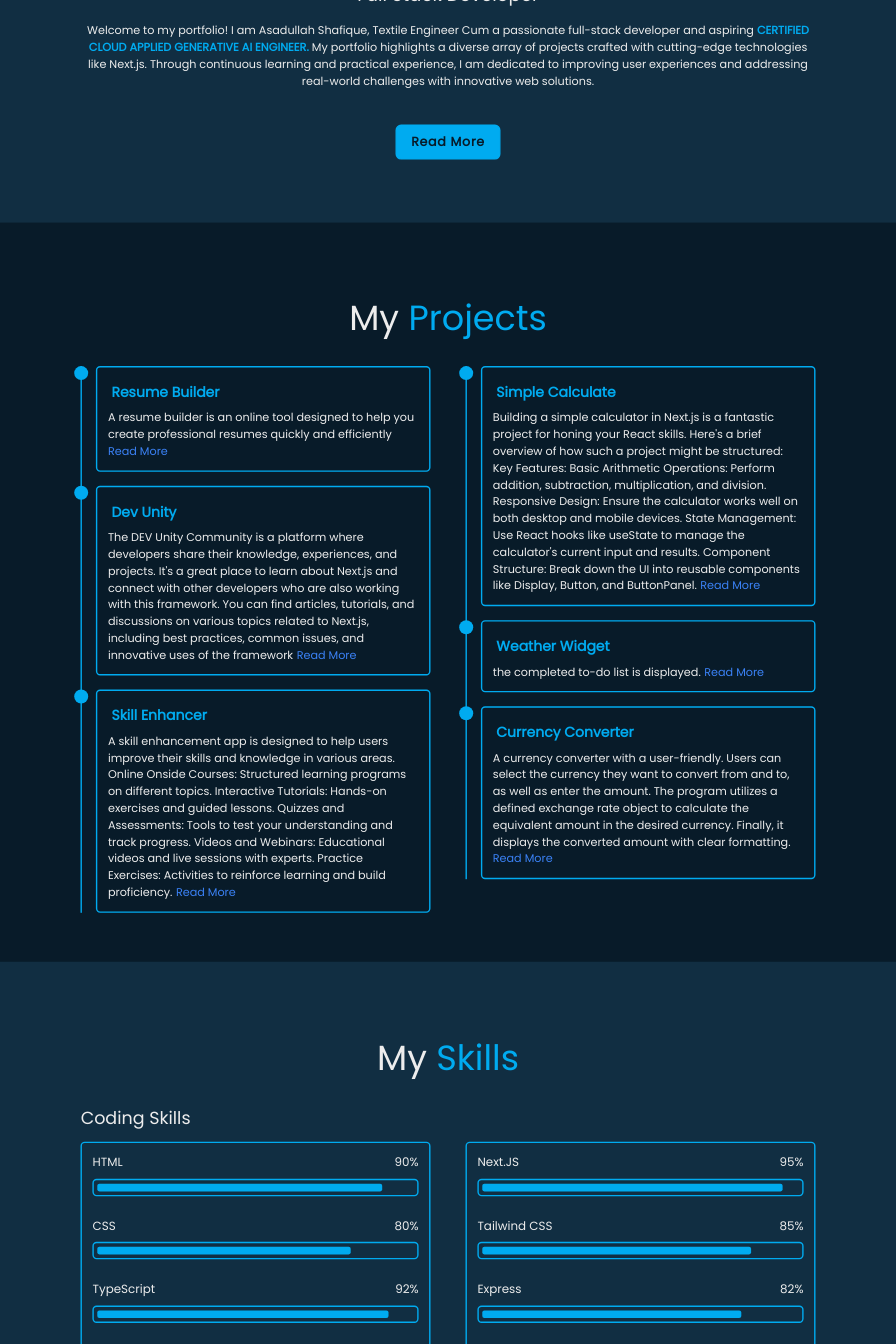
Repository: asadullah48/nextjs_projects_portfolio
Page: /
An editor plug-in stored every save of this project. The page is shown before and after the next save, followed by the edit.
The browser window is 1280 px wide. The pictures show the part of the page from y = 1340 to 3260 px (the page is 4306 px tall), at 70% of full size.
The project was rebuilt for these pictures with package versions that can differ from the ones it lists, and the page was loaded fresh each time. The framework's server and built-in components were replaced by stand-ins that run in the browser. Also part of the build but not shown: next.config.ts.

Above is the page before, as saved 2024-11-13 15:01:19.

After the next save:
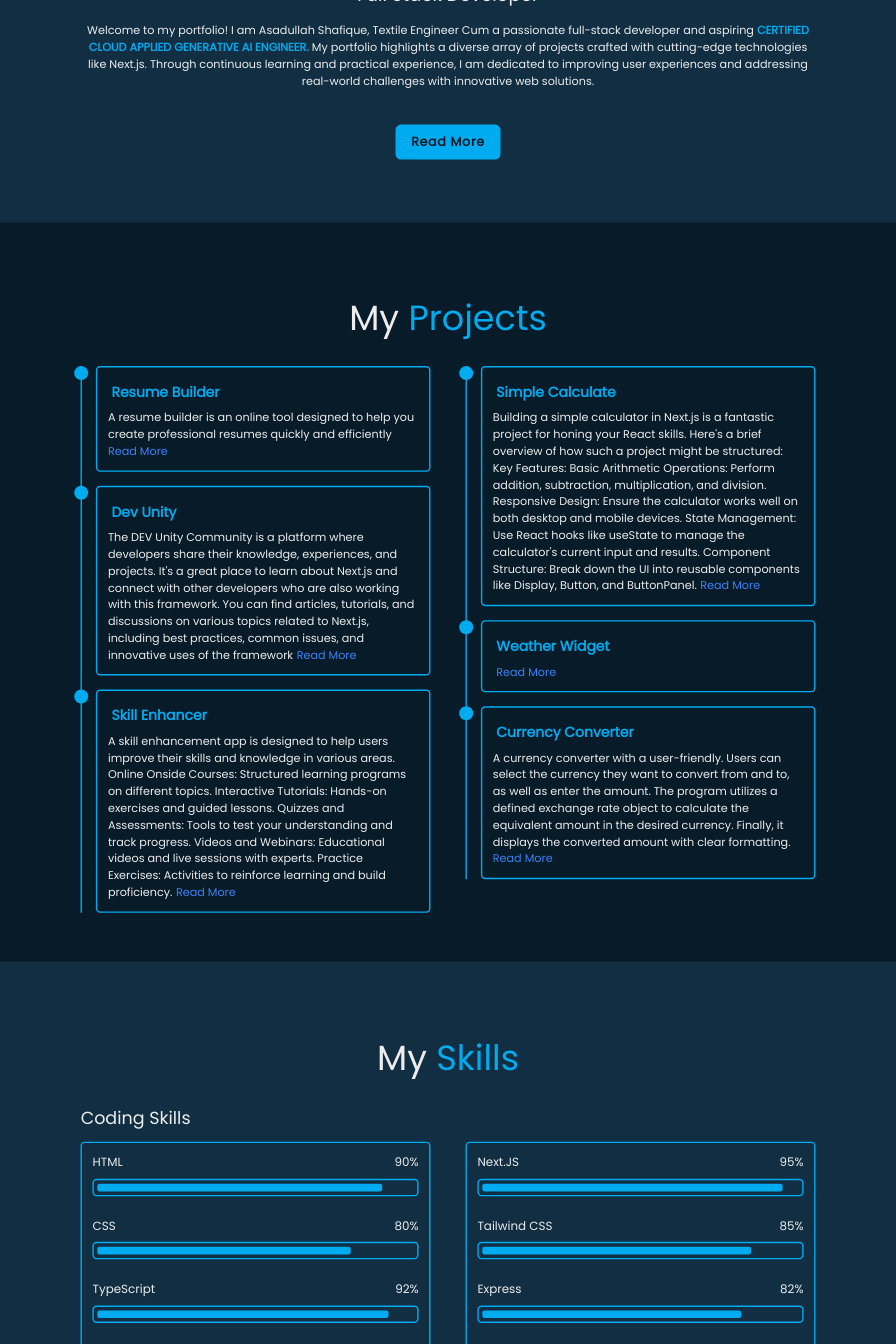
Saved 5 s later.
--- a/src/app/page.tsx
+++ b/src/app/page.tsx
@@ -335,7 +335,7 @@ Component Structure: Break down the UI into reusable components like Display, Bu
                     <h3>Weather Widget</h3>
                   </div>
                   <p>
-                  the completed to-do list is displayed.
+
                     <Link
                       href="https://02-weather-widget-seven.vercel.app/"
                       className="text-blue-500
